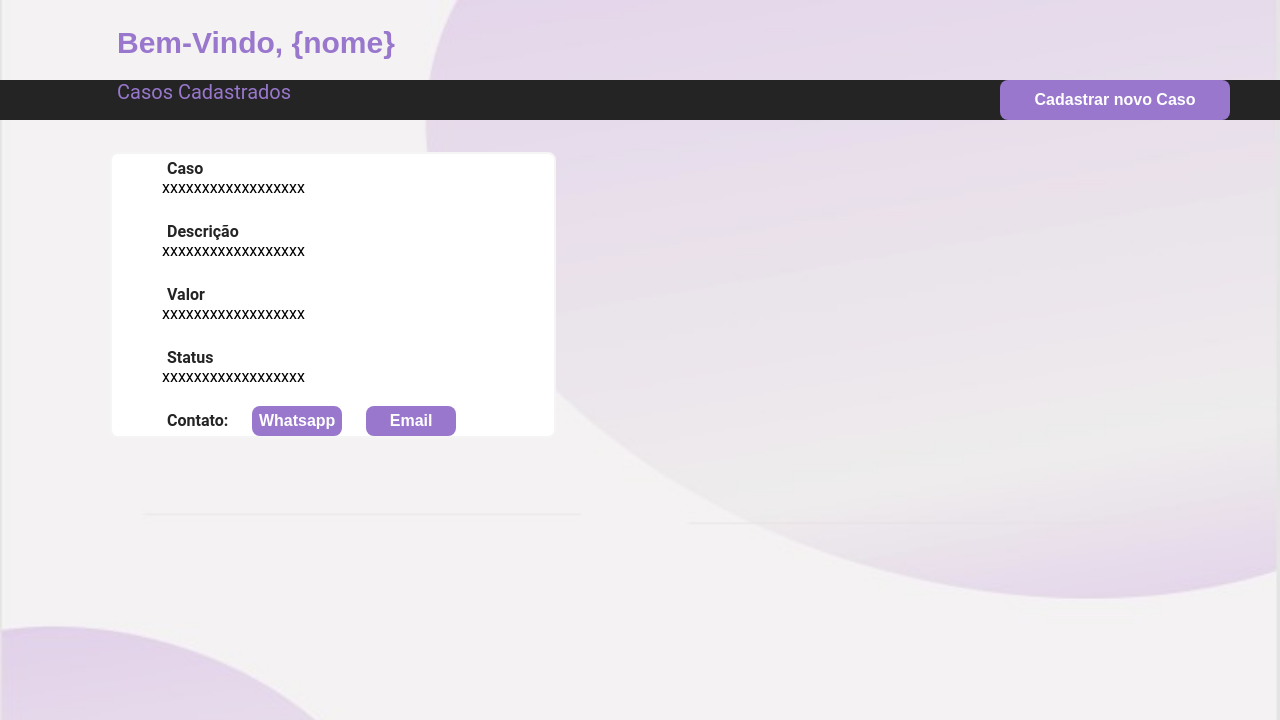
Repository: Dirlandia404/Casos
Page: src/pages/listaCasos.html
The author's editor kept a copy of each file at every save. The page is drawn from the files as they stood at one save, then again after the next save.
The browser window is 1280 px wide. The pictures show the whole page.

Above is the page before, as saved 2021-07-16 22:25:40.

After the next save:
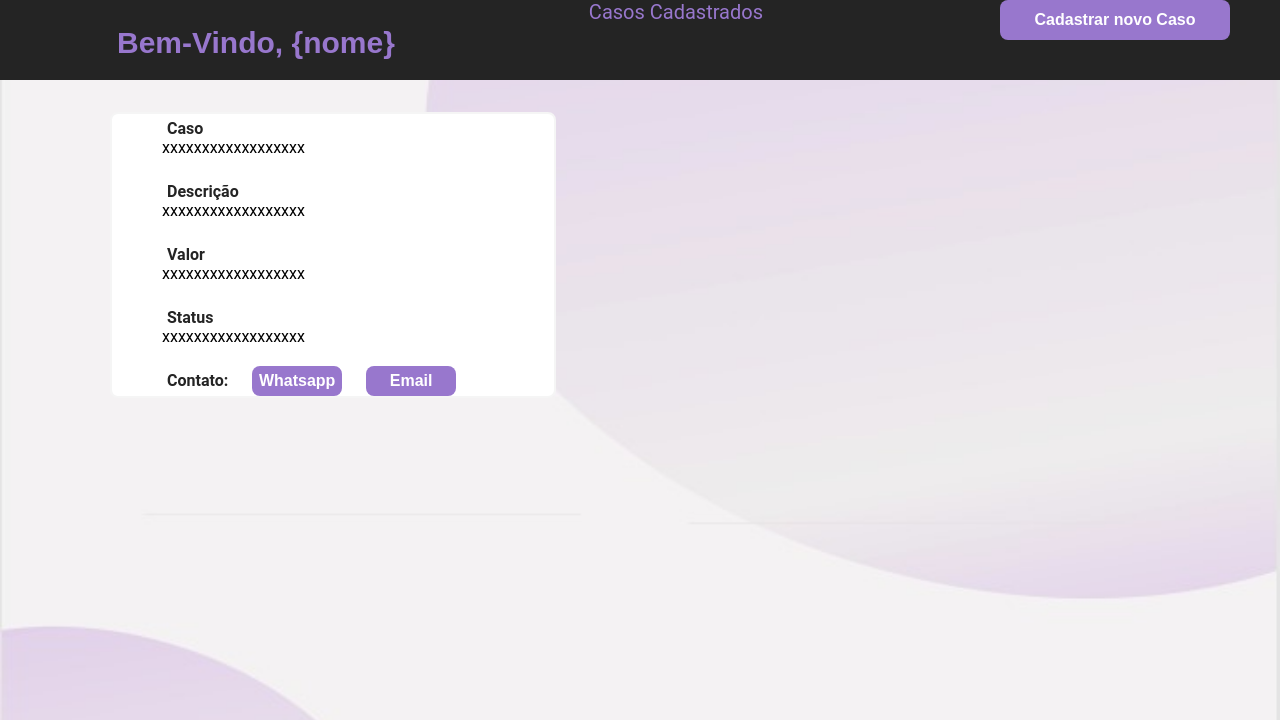
Saved 72 s later.
--- a/src/pages/listaCasos.html
+++ b/src/pages/listaCasos.html
@@ -10,8 +10,8 @@
     <link rel="stylesheet" href="/src/style/midia.css">
 </head>
 <body>
-    <h6>Bem-Vindo, {nome}</h6>
     <header>
+        <h6>Bem-Vindo, {nome}</h6>
         <p>Casos Cadastrados</p>
 
         <a href="/src/pages/casosConcluidos.html">
